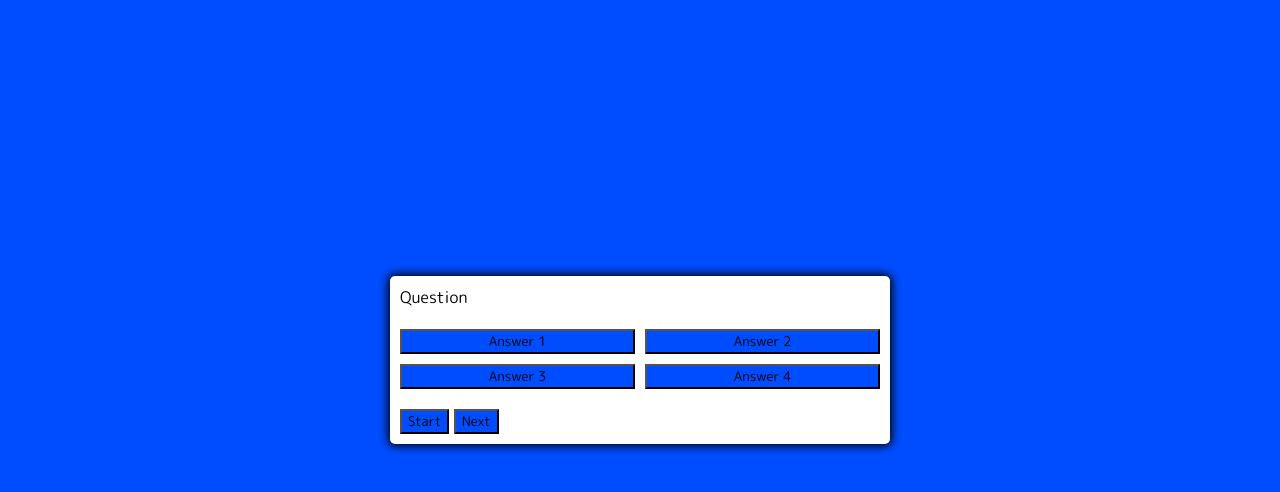
Repository: spidero7/Star-Wars_Quiz-Game
Page: index.html
An editor plug-in stored every save of this project. The page is shown before and after the next save, followed by the edit.
The browser window is 1280 px wide. The pictures show the whole page.

Above is the page before, as saved 2021-08-29 08:03:05.

### index.html
<!DOCTYPE html>
<html lang="en">
<head>
    <meta charset="UTF-8">
    <meta http-equiv="X-UA-Compatible" content="IE=edge">
    <meta name="viewport" content="width=device-width, initial-scale=1.0">
    <title>Quiz Game</title>
    <link rel="preconnect" href="https://fonts.googleapis.com">
    <link rel="preconnect" href="https://fonts.gstatic.com" crossorigin>
    <link href="https://fonts.googleapis.com/css2?family=M+PLUS+Rounded+1c&display=swap" rel="stylesheet">
    <link rel="stylesheet" href="style.css">
</head>
<body>

    <div class="container">
        <div id="question-container">
            <div id="question">Question</div>
            <div id="answer-buttons" class="btn-grid">
                <button class="btn">Answer 1</button>
                <button class="btn">Answer 2</button>
                <button class="btn">Answer 3</button>
                <button class="btn">Answer 4</button>
            </div>
        </div>
        <div id="control-panel">
            <button class="btn" id="start-btn">Start</button>
            <button class="btn" id="next-btn">Next</button>
        </div>
    </div>


    <script src="app.js"></script>
</body>
</html>

### style.css
*, *::after, *::before {
    box-sizing: border-box;
    font-family: 'M PLUS Rounded 1c', sans-serif;
}

:root {
    --hue-normal: 222;
    --hue-correct: 120;
    --hue-wrong: 0;
}

body {
    --hue: var(--hue-normal);
    padding: 0;
    margin: 0;
    display: flex;
    width: 100vw;
    height: 100vh;
    justify-content: center;
    align-items: center;
    background-color: hsl(var(--hue), 100%, 50%);
}

body.correct {
    --hue: var(--hue-correct);
}

body.wrong {
    --hue: var(--hue-wrong);
}

.container {
    width: 500px;
    max-width: 80%;
    background-color: white;
    border-radius: 5px;
    padding: 10px;
    box-shadow: 0 0 10px 2px;
}

.btn-grid {
    display: grid;
    grid-template-columns: repeat(2, auto);
    gap: 10px;
    margin: 20px 0;
}

.btn {
    --hue: var(--hue-normal);
    background-color: hsl(var(--hue), 100%, 50%);
}

Loaded but not shown: app.js (no copy from this time; the picture is the same without it)

After the next save:
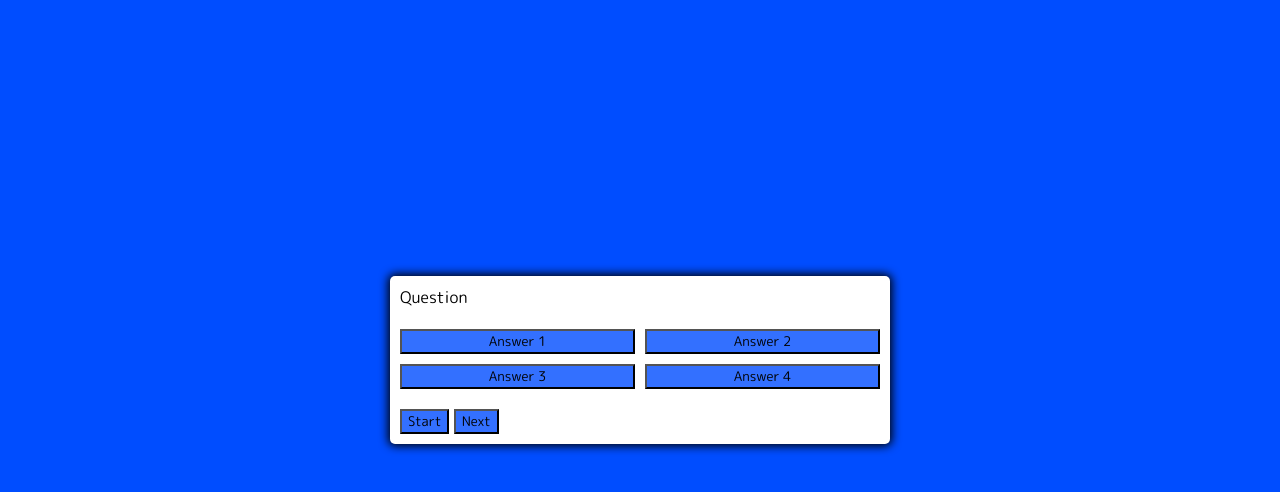
Saved 54 s later.
--- a/style.css
+++ b/style.css
@@ -47,5 +47,5 @@ body.wrong {
 
 .btn {
     --hue: var(--hue-normal);
-    background-color: hsl(var(--hue), 100%, 50%);
+    background-color: hsl(var(--hue), 100%, 60%);
 }
